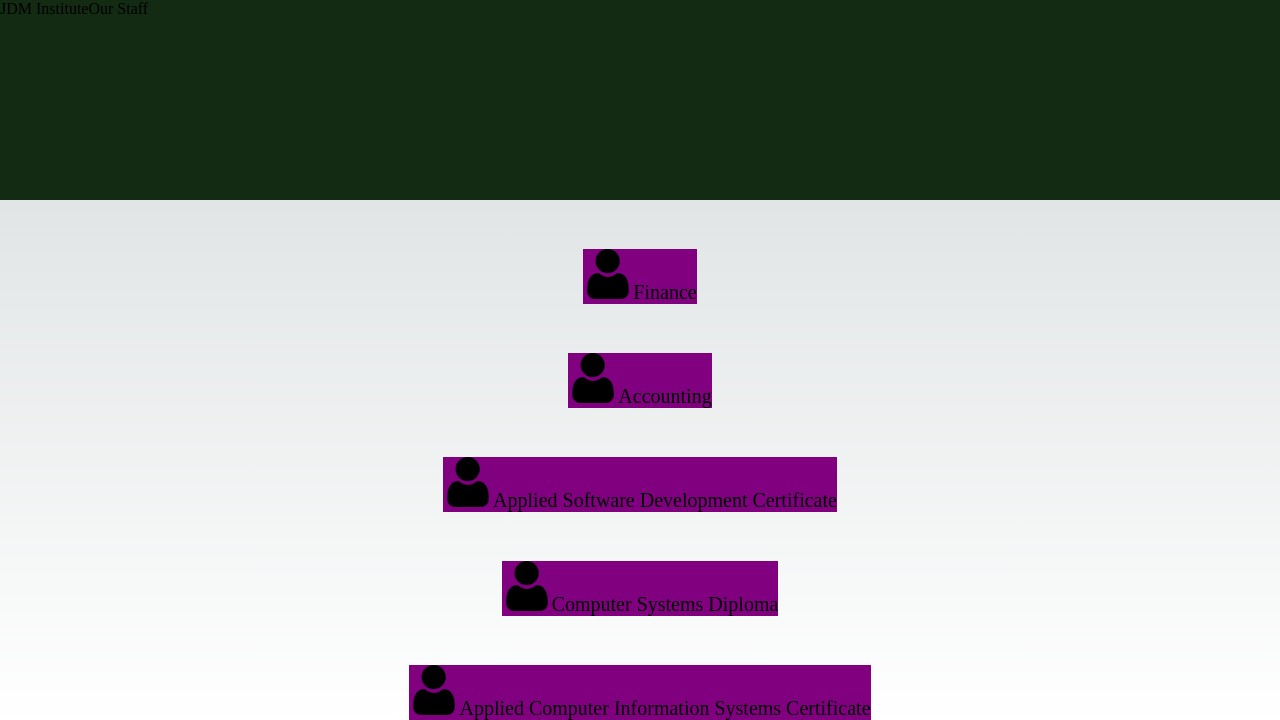
Repository: jennydmcm/class03practice
Page: /
These files come from the project's save history. The page is drawn as it stood at one moment and after a run of saves; the edit follows.
The browser window is 1280 px wide. The pictures show the whole page.
The project was rebuilt for these pictures with package versions that can differ from the ones it lists, and the page was loaded fresh each time. The framework's server and built-in components were replaced by stand-ins that run in the browser. Also part of the build but not shown: next.config.js.

Above is the page before, as saved 2023-01-24 19:17:00.

### pages/index.js
import Head from 'next/head'
import Image from 'next/image'
import { Inter } from '@next/font/google'
import styles from '@/styles/Home.module.css'
import data from '../data/education.json'
import { useState } from 'react'
import Card from '@/components/Card/index'
import Link from 'next/link'

const inter = Inter({ subsets: ['latin'] })

export default function Home() {
  const [information, setInformation] = useState([...data])

  return (
    <>
      <Head>
        <title>JDM Institute</title>
        <meta name="description" content="Generated by create next app" />
        <meta name="viewport" content="width=device-width, initial-scale=1" />
        <link rel="icon" href="/favicon.ico" />
      </Head>
      <main className={styles.main}>
        <div className={styles.navbar}>
          <div className={styles.navtitle}>JDM Institute</div>
          <div className={styles.navbutton}>
            <Link className={styles.link} href="about">Our Staff</Link>
          </div>
        </div>
        {
          information && information.map((info, index) => {
            if(info.department.toLowerCase() === "business"){
              return (
                <Card
                  key={index}
                  degree={info.degree}
                  gpa={info.gpa}
                  colourCard="#BABD8D"
                  colourInfo="#31572C"
                  font="20px"
                  fontColour="#132A13"
                />
              )
            }
          })
        }

        {
          information && information.map((info, index) => {
            if(info.department.toLowerCase() === "computing"){
              return (
                <Card
                  key={index}
                  degree={info.degree}
                  gpa={info.gpa}
                  colourCard="#BABD8D"
                  colourInfo="#31572C"
                  font="20px"
                  fontColour="#132A13"
                />
              )
            }
          })
        }
      </main>
    </>
  )
      }

### styles/Home.module.css
.main {
  display: flex;
  flex-direction: column;
  justify-content: space-between;
  align-items: center;
  min-height: 100vh;
}


.navbar{
  display: flex;
  width: 100%;
  height: 200px;
  background-color: #132A13;


}

.nav-title{

}

.nav-button{

}
.description {
  display: inherit;
  justify-content: inherit;
  align-items: inherit;
  font-size: 1rem;
  max-width: var(--max-width);
  width: 100%;
  z-index: 2;
  font-family: var(--font-mono);
}

.description a {
  display: flex;
  justify-content: center;
  align-items: center;
  gap: 1rem;
}

.description p {
  position: relative;
  margin: 0;
  padding: 1rem;
  background-color: rgba(var(--callout-rgb), 0.5);
  border: 1px solid rgba(var(--callout-border-rgb), 0.3);
  border-radius: var(--border-radius);
}

.code {
  font-weight: 700;
  font-family: var(--font-mono);
}

.grid {
  display: grid;
  grid-template-columns: repeat(4, minmax(25%, auto));
  width: var(--max-width);
  max-width: 100%;
}

.card {
  padding: 1rem 1.2rem;
  border-radius: var(--border-radius);
  background: rgba(var(--card-rgb), 0);
  border: 1px solid rgba(var(--card-border-rgb), 0);
  transition: background 200ms, border 200ms;
}

.card span {
  display: inline-block;
  transition: transform 200ms;
}

.card h2 {
  font-weight: 600;
  margin-bottom: 0.7rem;
}

.card p {
  margin: 0;
  opacity: 0.6;
  font-size: 0.9rem;
  line-height: 1.5;
  max-width: 30ch;
}

.center {
  display: flex;
  justify-content: center;
  align-items: center;
  position: relative;
  padding: 4rem 0;
}

.center::before {
  background: var(--secondary-glow);
  border-radius: 50%;
  width: 480px;
  height: 360px;
  margin-left: -400px;
}

.center::after {
  background: var(--primary-glow);
  width: 240px;
  height: 180px;
  z-index: -1;
}

.center::before,
.center::after {
  content: '';
  left: 50%;
  position: absolute;
  filter: blur(45px);
  transform: translateZ(0);
}

.logo,
.thirteen {
  position: relative;
}

.thirteen {
  display: flex;
  justify-content: center;
  align-items: center;
  width: 75px;
  height: 75px;
  padding: 25px 10px;
  margin-left: 16px;
  transform: translateZ(0);
  border-radius: var(--border-radius);
  overflow: hidden;
  box-shadow: 0px 2px 8px -1px #0000001a;
}

.thirteen::before,
.thirteen::after {
  content: '';
  position: absolute;
  z-index: -1;
}

/* Conic Gradient Animation */
.thirteen::before {
  animation: 6s rotate linear infinite;
  width: 200%;
  height: 200%;
  background: var(--tile-border);
}

/* Inner Square */
.thirteen::after {
  inset: 0;
  padding: 1px;
  border-radius: var(--border-radius);
  background: linear-gradient(
    to bottom right,
    rgba(var(--tile-start-rgb), 1),
    rgba(var(--tile-end-rgb), 1)
  );
  background-clip: content-box;
}

/* Enable hover only on non-touch devices */
@media (hover: hover) and (pointer: fine) {
  .card:hover {
    background: rgba(var(--card-rgb), 0.1);
    border: 1px solid rgba(var(--card-border-rgb), 0.15);
  }

  .card:hover span {
    transform: translateX(4px);
  }
}

@media (prefers-reduced-motion) {
  .thirteen::before {
    animation: none;
  }

  .card:hover span {
    transform: none;
  }
}

/* Mobile */
@media (max-width: 700px) {
  .content {
    padding: 4rem;
  }

  .grid {
    grid-template-columns: 1fr;
    margin-bottom: 120px;
    max-width: 320px;
    text-align: center;
  }

  .card {
    padding: 1rem 2.5rem;
  }

  .card h2 {
    margin-bottom: 0.5rem;
  }

  .center {
    padding: 8rem 0 6rem;
  }

  .center::before {
    transform: none;
    height: 300px;
  }

  .description {
    font-size: 0.8rem;
  }

  .description a {
    padding: 1rem;
  }

  .description p,
  .description div {
    display: flex;
    justify-content: center;
    position: fixed;
    width: 100%;
  }

  .description p {
    align-items: center;
    inset: 0 0 auto;
    padding: 2rem 1rem 1.4rem;
    border-radius: 0;
    border: none;
    border-bottom: 1px solid rgba(var(--callout-border-rgb), 0.25);
    background: linear-gradient(
      to bottom,
      rgba(var(--background-start-rgb), 1),
      rgba(var(--callout-rgb), 0.5)
    );
    background-clip: padding-box;
    backdrop-filter: blur(24px);
  }

  .description div {
    align-items: flex-end;
    pointer-events: none;
    inset: auto 0 0;
    padding: 2rem;
    height: 200px;
    background: linear-gradient(
      to bottom,
      transparent 0%,
      rgb(var(--background-end-rgb)) 40%
    );
    z-index: 1;
  }
}

/* Tablet and Smaller Desktop */
@media (min-width: 701px) and (max-width: 1120px) {
  .grid {
    grid-template-columns: repeat(2, 50%);
  }
}

@media (prefers-color-scheme: dark) {
  .vercelLogo {
    filter: invert(1);
  }

  .logo,
  .thirteen img {
    filter: invert(1) drop-shadow(0 0 0.3rem #ffffff70);
  }
}

@keyframes rotate {
  from {
    transform: rotate(360deg);
  }
  to {
    transform: rotate(0deg);
  }
}

### data/education.json
[
        {
            "studentNumber": "A0004567",
            "firstName": "Person 1",
            "gpa": 3.8,
            "department": "Business",
            "degree": "Finance",
            "graduted": 2014
        },
        {
            "studentNumber": "A0001234",
            "firstName": "Person 2",
            "gpa": 3.5,
            "department": "Business",
            "degree": "Accounting",
            "graduted": 2010
        },
        {
            "studentNumber": "A0007890",
            "firstName": "Person 3",
            "gpa": 3.2,
            "department": "Computing",
            "degree": "Applied Software Development Certificate",
            "graduted": 2018
        },
        {
            "studentNumber": "A0007828",
            "firstName": "Person 4",
            "gpa": 3.9,
            "department": "Computing",
            "degree": "Computer Systems Diploma",
            "graduted": 2021
        },
        {
            "studentNumber": "A0003425",
            "firstName": "Person 5",
            "gpa": 3.2,
            "department": "Computing",
            "degree": "Applied Computer Information Systems Certificate",
            "graduted": 2021
        }
]

### components/Card/index.js
export default function Card({
    degree="none",
    colour="purple",
    font="0",
    image="icon/personTwo.png"
}) {
    return(
        <div style={{backgroundColor: colour, fontSize:font}}>
            {
                colour === "red" ?    <img src={'icon/person.png'} width='50'/> :
                colour === "blue" ?   <img src={'icon/personThree.png'} width='50'/> :
                                    <img src={image} width='50'/>
            }
            {degree}
        </div>
    )
}

Loaded but not shown: pages/_app.js (common file); pages/_document.js (common file); styles/globals.css (common file)

After the next 2 saves:
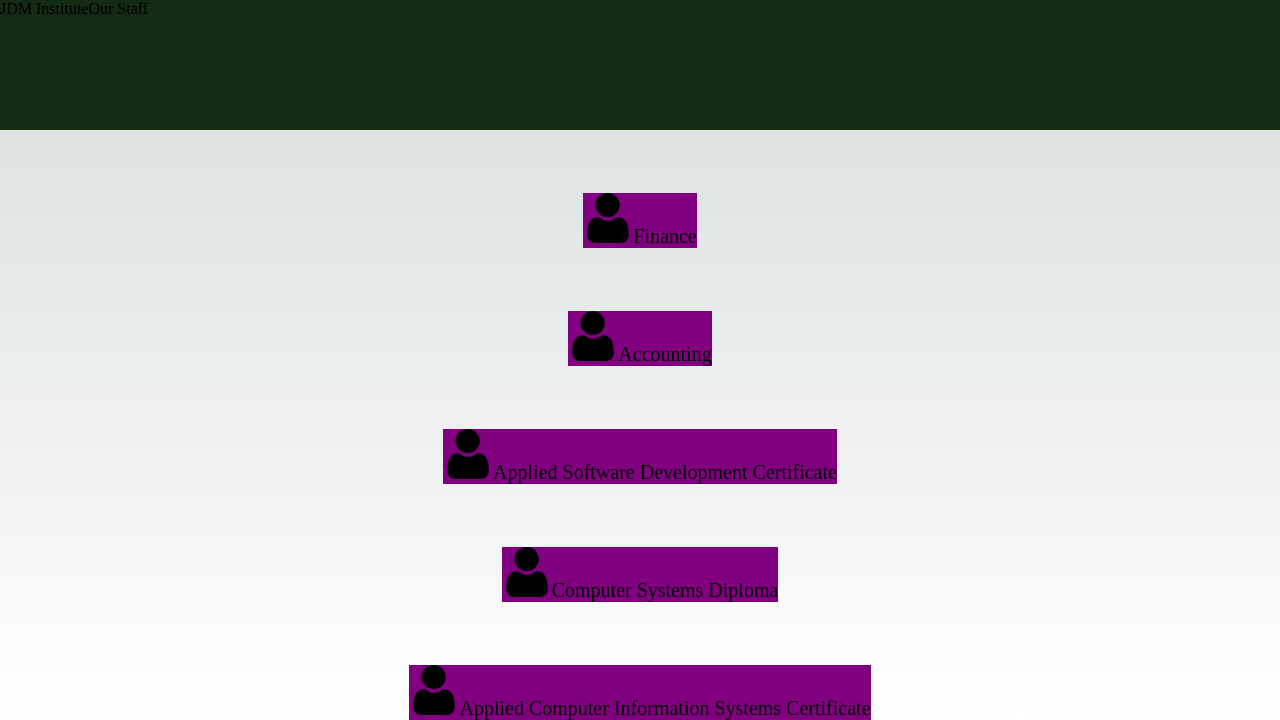
The 2 saves are shown as one change because they came seconds apart.
The last was saved 9 s later.
--- a/styles/Home.module.css
+++ b/styles/Home.module.css
@@ -10,7 +10,7 @@
 .navbar{
   display: flex;
   width: 100%;
-  height: 200px;
+  height: 130px;
   background-color: #132A13;
 
 
